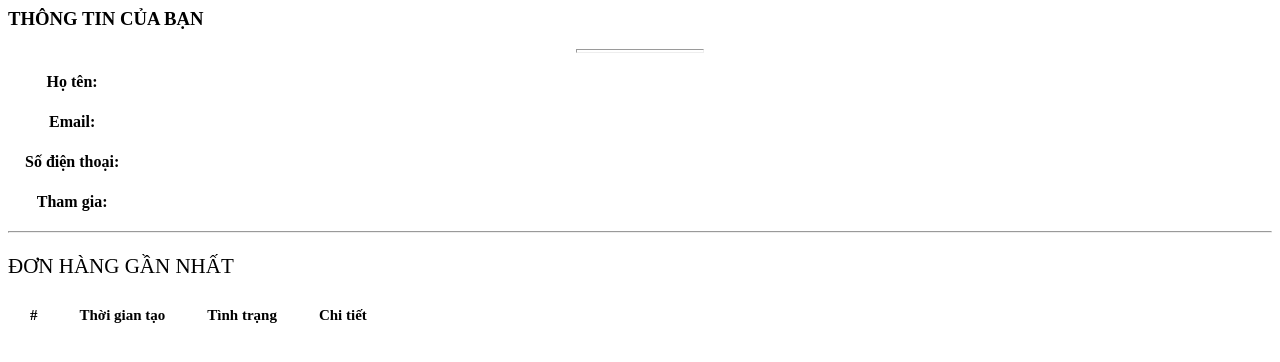
Repository: kienkiddo/BaiTapWebBanHang
Page: http://localhost/LapTrinhWebsite/home/view/about.jsp
An editor plug-in stored every save of this project. The page is shown before and after the next save, followed by the edit.
The browser window is 1280 px wide. The pictures show the whole page.
The page is served by Tomcat 9. Other server files are loaded and not shown.

Above is the page before, as saved 2022-05-12 06:07:55.

### LapTrinhWebsite/src/main/webapp/home/view/about.jsp
<%@ page contentType="text/html; charset=UTF-8"%>
<%@ taglib prefix="c" uri="http://java.sun.com/jsp/jstl/core"%>

<style>
#info td, #info th {
	padding: 10px 15px;
}


#history th, #history td {
	font-size: 15px;
	padding: 5px 20px !important;
}

</style>

<div class="container pt-5">
	<h3 class="text-center">THÔNG TIN CỦA BẠN</h3>
	<hr style="width: 10%; height: 2px" class="color-main">
	<div class="row mt-5">
		<div class="col">
			<table class="table" id="info">
				<tr>
					<th>Họ tên:</th>
					<td>${user.name}</td>
				</tr>
				<tr>
					<th>Email:</th>
					<td>${user.email}</td>
				</tr>
				<tr>
					<th>Số điện thoại:</th>
					<td>${user.phone}</td>
				</tr>
				<tr>
					<th>Tham gia:</th>
					<td>${user.timecreat}</td>
				</tr>
			</table>
		</div>
	</div>
	<hr>
	<div class="row mt-5">
		<div class="col">
		<p style="font-size: 21px" class="text-center">ĐƠN HÀNG GẦN NHẤT</p>
			<table class="table" id="history">
				<thead>
					<th>#</th>
					<th>Thời gian tạo</th>
					<th>Tình trạng</th>
					<th>Chi tiết</th>
				</thead>
				<tbody>
					<c:forEach items="${historys}" var="item">
						<tr>
							<td>${item.id }</td>
							<td>${item.timecreat }</td>
							<td><c:if test="${item.status == -1}">
									<div class="badge badge-danger p-2">ĐÃ HỦY</div>
								</c:if> <c:if test="${item.status == 0}">
									<div class="badge badge-primary p-2">ĐANG THỰC HIỆN</div>
								</c:if> <c:if test="${item.status == 1}">
									<div class="badge badge-success p-2">ĐÃ THỰC HIỆN</div>
								</c:if></td>


						</tr>
					</c:forEach>
				</tbody>
			</table>
		</div>

	</div>
</div>

### LapTrinhWebsite/src/main/java/commom/Security.java
package commom;

import java.math.BigInteger;
import java.security.MessageDigest;
import java.util.UUID;

import javax.servlet.http.Cookie;
import javax.servlet.http.HttpServletResponse;

import model.User;

public class Security {

	public static String getMd5(String s) {
		try {
			byte[] bytesOfMessage = s.getBytes("UTF-8");
			MessageDigest md = MessageDigest.getInstance("MD5");
			byte[] theMD5digest = md.digest(bytesOfMessage);
			BigInteger no = new BigInteger(1, theMD5digest);

			String hashtext = no.toString(16);
			while (hashtext.length() < 32) {
				hashtext = "0" + hashtext;
			}
			return hashtext;
		} catch (Exception e) {
			e.printStackTrace();
		}
		return "";
	}


	public static void setCookieLogin(String user, String pass, String hashkey, HttpServletResponse response) {
		Cookie cookie = new Cookie("email", user);
		cookie.setMaxAge(60 * 60 * 24 * 90);
		Cookie cookie2 = new Cookie("pass", pass);
		cookie2.setMaxAge(60 * 60 * 24 * 90);
		Cookie cookie3 = new Cookie("hashkey", hashkey);
		cookie3.setMaxAge(60 * 60 * 24 * 90);

		response.addCookie(cookie);
		response.addCookie(cookie2);
		response.addCookie(cookie3);
	}

	public static void deleteCookieLogin(HttpServletResponse response) {
		Cookie cookie = new Cookie("email", "");
		cookie.setMaxAge(0);
		Cookie cookie2 = new Cookie("pass", "");
		cookie2.setMaxAge(0);
		Cookie cookie3 = new Cookie("hashkey", "");
		cookie3.setMaxAge(0);

		response.addCookie(cookie);
		response.addCookie(cookie2);
		response.addCookie(cookie3);
	}

	public static String creatHashkey() {
		return UUID.randomUUID().toString();
	}


	public static void setHashkey(String hashkey, HttpServletResponse response) {
		Cookie cookie = new Cookie("hashkey", hashkey);
		cookie.setMaxAge(60 * 60 * 24 * 90);
		response.addCookie(cookie);
	}

	public static String getHashkey(Cookie[] cookies) {
		if (cookies == null) {
			return null;
		}
		for (int i = 0; i < cookies.length; i++) {
			String name = cookies[i].getName();
			String value = cookies[i].getValue();
			if (name.equals("hashkey")) {
				return value;
			}
		}
		return null;
	}

	public static void removeHashkey(HttpServletResponse response) {
		Cookie cookie = new Cookie("hashkey", "");
		cookie.setMaxAge(0);
		response.addCookie(cookie);
	}

}

After the next save:
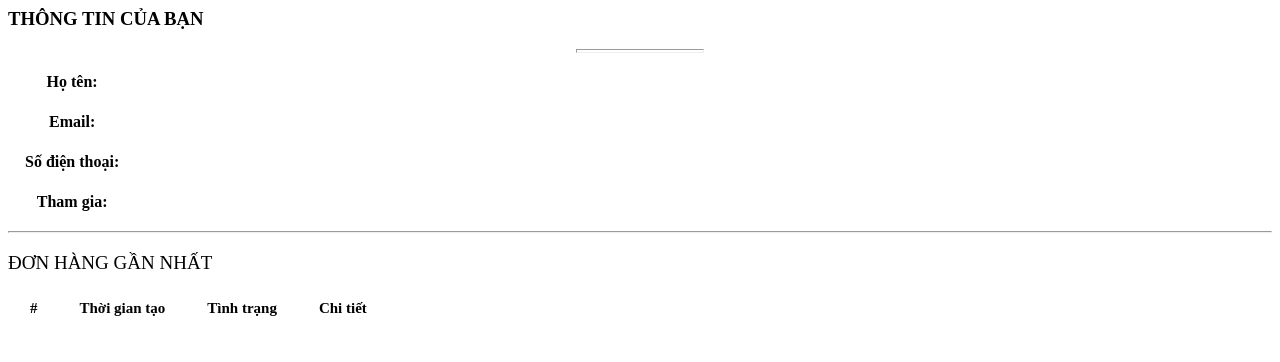
Saved 17 s later.
--- a/LapTrinhWebsite/src/main/webapp/home/view/about.jsp
+++ b/LapTrinhWebsite/src/main/webapp/home/view/about.jsp
@@ -42,7 +42,7 @@
 	<hr>
 	<div class="row mt-5">
 		<div class="col">
-		<p style="font-size: 21px" class="text-center">ĐƠN HÀNG GẦN NHẤT</p>
+		<p style="font-size: 19px" class="text-center">ĐƠN HÀNG GẦN NHẤT</p>
 			<table class="table" id="history">
 				<thead>
 					<th>#</th>
